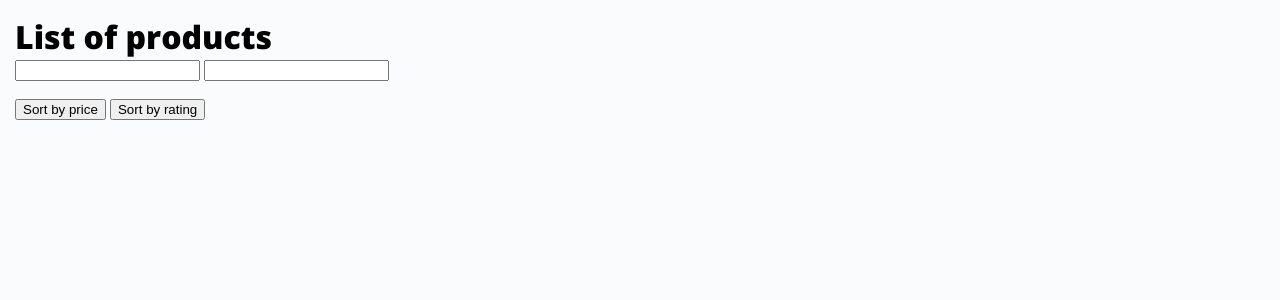
Repository: andrii1/hyf-homework
Page: javascript/javascript2/week2/hyf-bay/index.html
These files come from the project's save history. The page is drawn as it stood at one moment and after the next save; the edit follows.
The browser window is 1280 px wide. The pictures show the whole page.

Above is the page before, as saved 2022-07-06 12:02:34.

### javascript/javascript2/week2/hyf-bay/index.html
<head>
  <title>HyfBay - list of products</title>
  <meta name="viewport" content="width=device-width, initial-scale=1" />
  <link rel="stylesheet" type="text/css" href="main.css" />
  <link
    href="https://fonts.googleapis.com/css?family=Open+Sans:400,800"
    rel="stylesheet"
  />
</head>

<body>
  <main>
    <h1>List of products</h1>
    <form action="#" class="form">
      <input type="text" id="search" /> <input type="text" id="maximumPrice" />
    </form>
    <button id="price-sort">Sort by price</button>
    <button id="rating-sort">Sort by rating</button>
    <ul id="list"></ul>
  </main>
  <script src="hyfBayHelpers.js"></script>
  <script src="main.js"></script>
</body>

### javascript/javascript2/week2/hyf-bay/main.css
body {
    font-family: "Open Sans", sans-serif;
    background-color: #F9FBFD;
}

* {
    box-sizing: border-box;
}

body, h1, h2 {
    margin: 0;
}

ul {
    list-style-type: none;
    margin: 0;
    padding: 10;
}

main {padding:15}

### javascript/javascript2/week2/hyf-bay/hyfBayHelpers.js
/* DONT MODIFY ANY OF THIS CODE!!!*/

window.getAvailableProducts = function () {
  function getRandomInt(min, max) {
    min = Math.ceil(min);
    max = Math.floor(max);
    return Math.floor(Math.random() * (max - min + 1)) + min;
  }

  function getRandomItem(availableProductNames) {
    return availableProductNames[
      getRandomInt(0, availableProductNames.length - 1)
    ];
  }

  function getRandomProductname() {
    const preWords = [
      "Used",
      "Fantastic",
      '"Used"',
      "Broken",
      "Beautiful",
      "Wet",
      "Green",
      "Sloppy",
      "Dirty",
    ];
    const productNames = [
      "Carrot",
      "Drone",
      "Giftcard",
      "Puppy",
      "Car",
      "Shirt",
      "Milk",
      "Chalk",
      "Fish fingers",
      "Socks",
      "Chocolate",
      "Toothbrush",
      "Computer",
      "Nokia",
      "Cologne",
    ];

    let chosenProductName = getRandomItem(productNames);
    const shouldHavePreWord = getRandomInt(0, 10) > 6;

    if (shouldHavePreWord) {
      const preWord = preWords[getRandomInt(0, preWords.length - 1)];
      chosenProductName = `${preWord} ${chosenProductName}`;
    }

    return chosenProductName;
  }

  const numberOfAvailableProducts = getRandomInt(0, 30);
  const availableProducts = Array.apply(
    null,
    Array(numberOfAvailableProducts)
  ).map(() => {
    const name = getRandomProductname();
    return {
      id: `${name}${getRandomInt(0, 100000)}`,
      name,
      price: getRandomInt(0, 10000),
      rating: getRandomInt(1, 10),
    };
  });

  return availableProducts;
};

### javascript/javascript2/week2/hyf-bay/main.js
console.log("Script loaded");
const products = getAvailableProducts();
console.log(products);
let clickCount = 0;
let clickCountRating = 0;
const searchInput = document.getElementById("search");
const maximumPriceInput = document.getElementById("maximumPrice");
const buttonSortPrice = document.getElementById("price-sort");
const buttonSortRating = document.getElementById("rating-sort");
searchInput.addEventListener("input", filterProducts);
maximumPriceInput.addEventListener("input", filterProductsByPrice);
buttonSortPrice.addEventListener("click", sortProductsByPrice);
buttonSortRating.addEventListener("click", sortProductsByRating);
function filterProducts(event) {
  const filteredProducts = products.filter((product) =>
    product.name.toLowerCase().includes(event.target.value)
  );
  renderProducts(filteredProducts);
}

function filterProductsByPrice(event) {
  const filteredProducts = products.filter(
    (product) => product.price < event.target.value
  );
  renderProducts(filteredProducts);
}

function sortProductsByPrice() {
  if (clickCount % 2 == 0) {
    const sortedProducts = products.sort((a, b) => a.price - b.price);
    renderProducts(sortedProducts);
  } else {
    const sortedProducts = products.sort((a, b) => b.price - a.price);
    renderProducts(sortedProducts);
  }

  clickCount++;
}

function sortProductsByRating() {
  if (clickCountRating % 2 == 0) {
    const sortedProducts = products.sort((a, b) => a.rating - b.rating);
    renderProducts(sortedProducts);
  } else {
    const sortedProducts = products.sort((a, b) => b.rating - a.rating);
    renderProducts(sortedProducts);
  }

  clickCountRating++;
}

const list = document.querySelector("#list");

function renderProducts(products) {
  // your code here
  list.innerHTML = "";
  for (let i = 0; i < products.length; i++) {
    const listItem = document.createElement("li");
    const name = document.createElement("h2");
    const price = document.createElement("p");
    const rating = document.createElement("p");
    name.innerHTML = products[i].name;
    price.innerHTML = `price: ${products[i].price}`;
    rating.innerHTML = `rating: ${products[i].rating}`;
    list.appendChild(listItem);
    list.appendChild(name);
    list.appendChild(price);
    list.appendChild(rating);
  }
}

//renderProducts(products); // This should create the ul and the li's with the individual products details

After the next save:
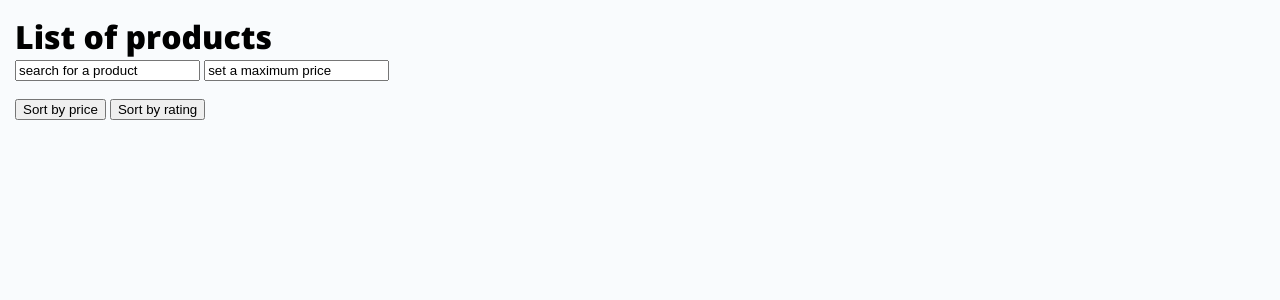
Saved 2 min 51 s later.
--- a/javascript/javascript2/week2/hyf-bay/index.html
+++ b/javascript/javascript2/week2/hyf-bay/index.html
@@ -12,7 +12,8 @@
   <main>
     <h1>List of products</h1>
     <form action="#" class="form">
-      <input type="text" id="search" /> <input type="text" id="maximumPrice" />
+      <input type="text" id="search" value="search for a product" />
+      <input type="text" id="maximumPrice" value="set a maximum price" />
     </form>
     <button id="price-sort">Sort by price</button>
     <button id="rating-sort">Sort by rating</button>
